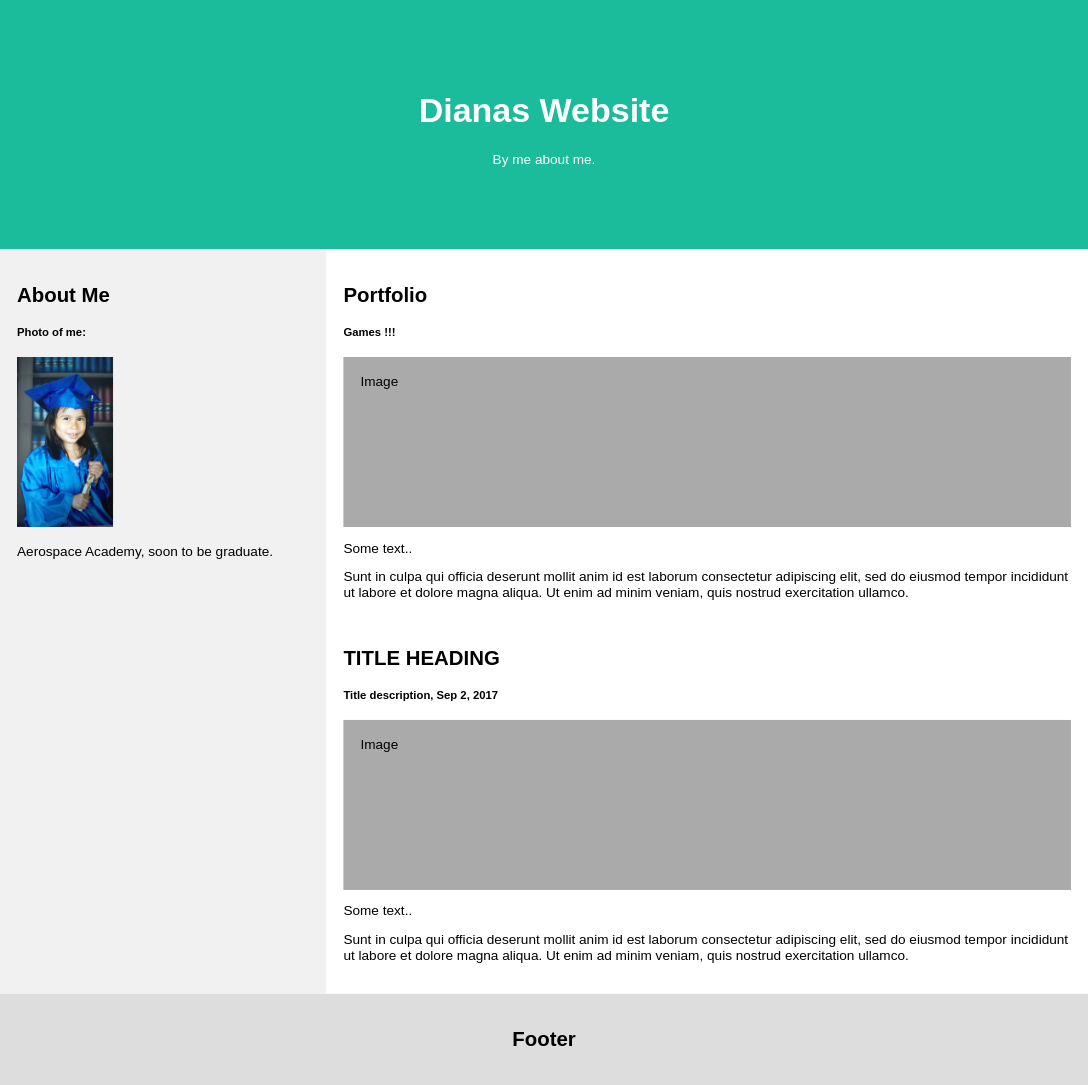
Repository: Divnx2/divnx2.github.io
Page: my_website/project.html
The author's editor kept a record of every edit. The page is drawn from the files as they stood at one moment, then again after the next edit.
The browser window is 1280 px wide. The pictures show the whole page, at 85% of full size.

Above is the page before.

### my_website/project.html
<!DOCTYPE html>
<html lang="en">
<head>
<title>Page Title</title>
<meta charset="UTF-8">
<meta name="viewport" content="width=device-width, initial-scale=1">
<style>
* {
  box-sizing: border-box;
}

/* Style the body */
body {
  font-family: Arial, Helvetica, sans-serif;
  margin: 0;
}

/* Header/logo Title */
.header {
  padding: 80px;
  text-align: center;
  background: #1abc9c;
  color: white;
}

/* Increase the font size of the heading */
.header h1 {
  font-size: 40px;
}

/* Style the top navigation bar */
.navbar {
  overflow: hidden;
  background-color: #333;
}

/* Style the navigation bar links */
.navbar a {
  float: left;
  display: block;
  color: white;
  text-align: center;
  padding: 14px 20px;
  text-decoration: none;
}

/* Right-aligned link */
.navbar a.right {
  float: right;
}

/* Change color on hover */
.navbar a:hover {
  background-color: #ddd;
  color: black;
}

/* Column container */
.row {
  display: -ms-flexbox; /* IE10 */
  display: flex;
  -ms-flex-wrap: wrap; /* IE10 */
  flex-wrap: wrap;
}

/* Create two unequal columns that sits next to each other */
/* Sidebar/left column */
.side {
  -ms-flex: 30%; /* IE10 */
  flex: 30%;
  background-color: #f1f1f1;
  padding: 20px;
}

/* Main column */
.main {
  -ms-flex: 70%; /* IE10 */
  flex: 70%;
  background-color: white;
  padding: 20px;
}

/* Fake image, just for this example */
.fakeimg {
  background-color: #aaa;
  width: 100%;
  padding: 20px;
}

/* Footer */
.footer {
  padding: 20px;
  text-align: center;
  background: #ddd;
}

/* Responsive layout - when the screen is less than 700px wide, make the two columns stack on top of each other instead of next to each other */
@media screen and (max-width: 700px) {
  .row {
    flex-direction: column;
  }
}

/* Responsive layout - when the screen is less than 400px wide, make the navigation links stack on top of each other instead of next to each other */
@media screen and (max-width: 400px) {
  .navbar a {
    float: none;
    width: 100%;
  }
}
</style>
</head>
<body>

<div class="header">
  <h1>Dianas Website</h1>
  <p>By me about me.</p>
</div>

<div class="navbar">
</div>

<div class="row">
  <div class="side">
    <h2>About Me</h2>
    <h5>Photo of me:</h5>
    <img src="images/smallme.jpg" height="200">
    <p>Aerospace Academy, soon to be graduate.</p>
  </div>
  <div class="main">
    <h2>Portfolio</h2>
    <h5>Games !!!</h5>
    <div class="fakeimg" style="height:200px;">Image</div>
    <p>Some text..</p>
    <p>Sunt in culpa qui officia deserunt mollit anim id est laborum consectetur adipiscing elit, sed do eiusmod tempor incididunt ut labore et dolore magna aliqua. Ut enim ad minim veniam, quis nostrud exercitation ullamco.</p>
    <br>
    <h2>TITLE HEADING</h2>
    <h5>Title description, Sep 2, 2017</h5>
    <div class="fakeimg" style="height:200px;">Image</div>
    <p>Some text..</p>
    <p>Sunt in culpa qui officia deserunt mollit anim id est laborum consectetur adipiscing elit, sed do eiusmod tempor incididunt ut labore et dolore magna aliqua. Ut enim ad minim veniam, quis nostrud exercitation ullamco.</p>
  </div>
</div>

<div class="footer">
  <h2>Footer</h2>
</div>

</body>
</html>

After the next edit:
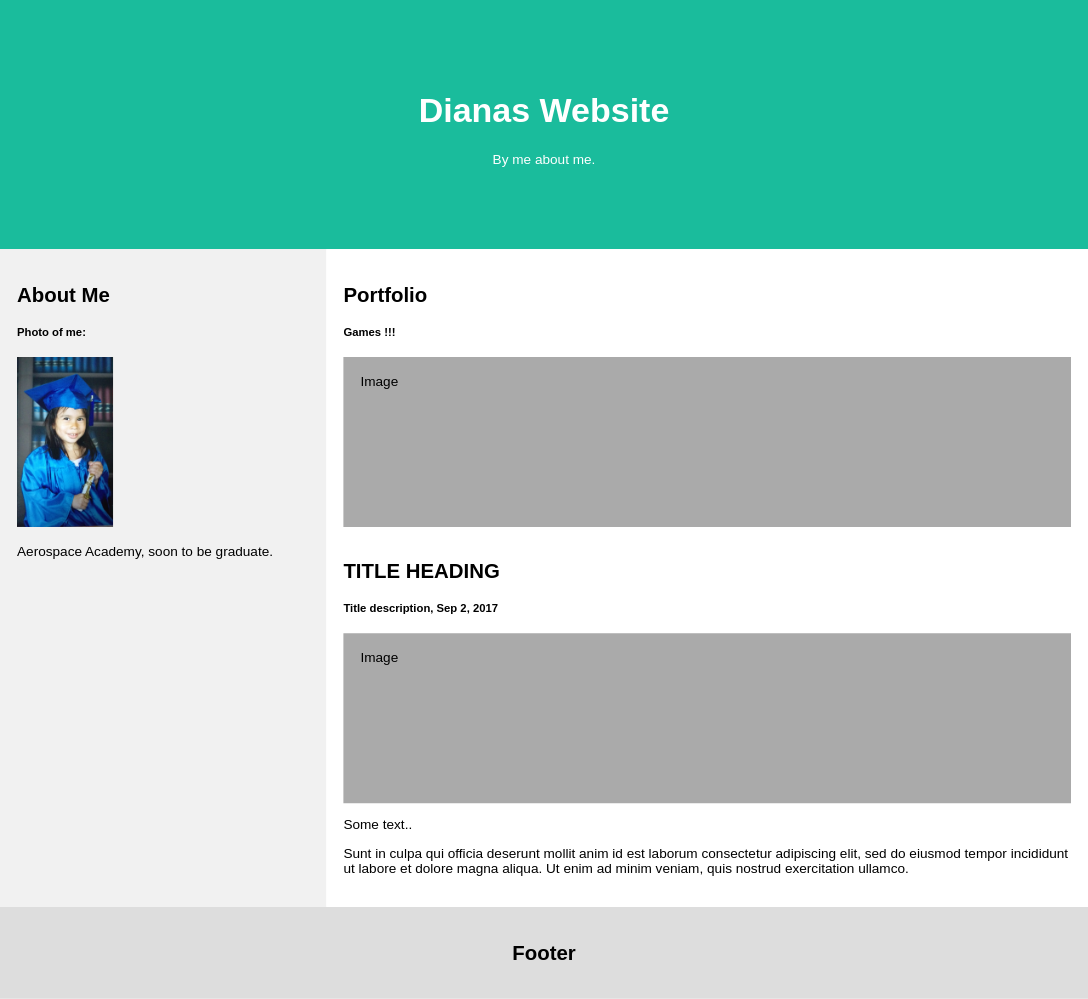
The edit:
--- a/my_website/project.html
+++ b/my_website/project.html
@@ -131,8 +131,6 @@
     <h2>Portfolio</h2>
     <h5>Games !!!</h5>
     <div class="fakeimg" style="height:200px;">Image</div>
-    <p>Some text..</p>
-    <p>Sunt in culpa qui officia deserunt mollit anim id est laborum consectetur adipiscing elit, sed do eiusmod tempor incididunt ut labore et dolore magna aliqua. Ut enim ad minim veniam, quis nostrud exercitation ullamco.</p>
     <br>
     <h2>TITLE HEADING</h2>
     <h5>Title description, Sep 2, 2017</h5>
